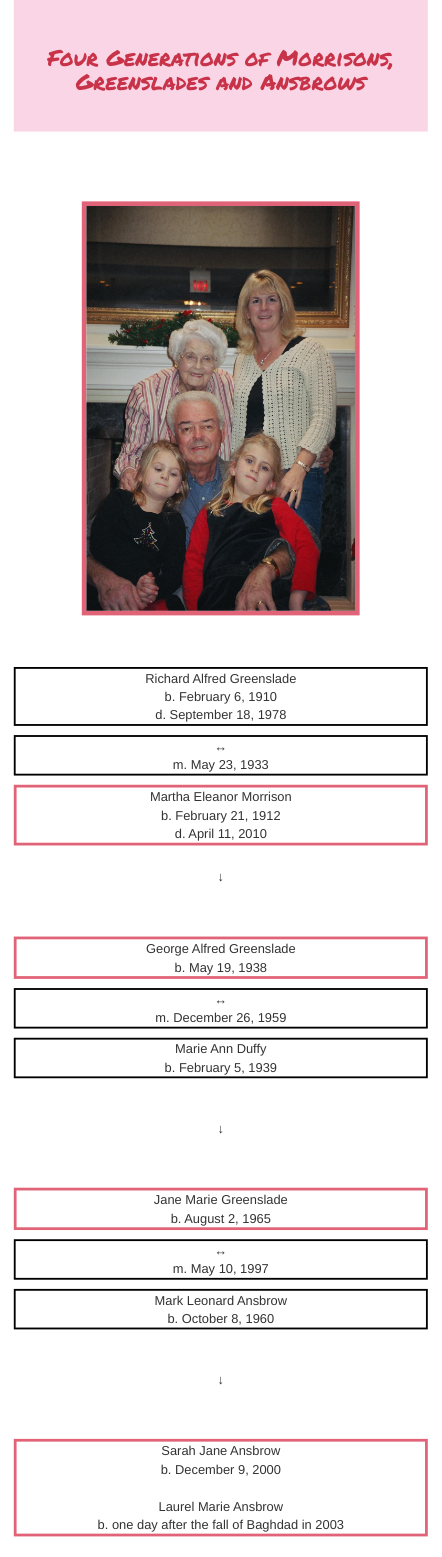
Repository: George2916/Sarah-Jane-and-Laurel-Marie
Page: familytreeM.html
The author's editor kept a record of every edit. The page is drawn from the files as they stood at one moment, then again after the next edit.
The browser window is 480 px wide. The pictures show the whole page, at 92% of full size.

Above is the page before.

After the next edit:
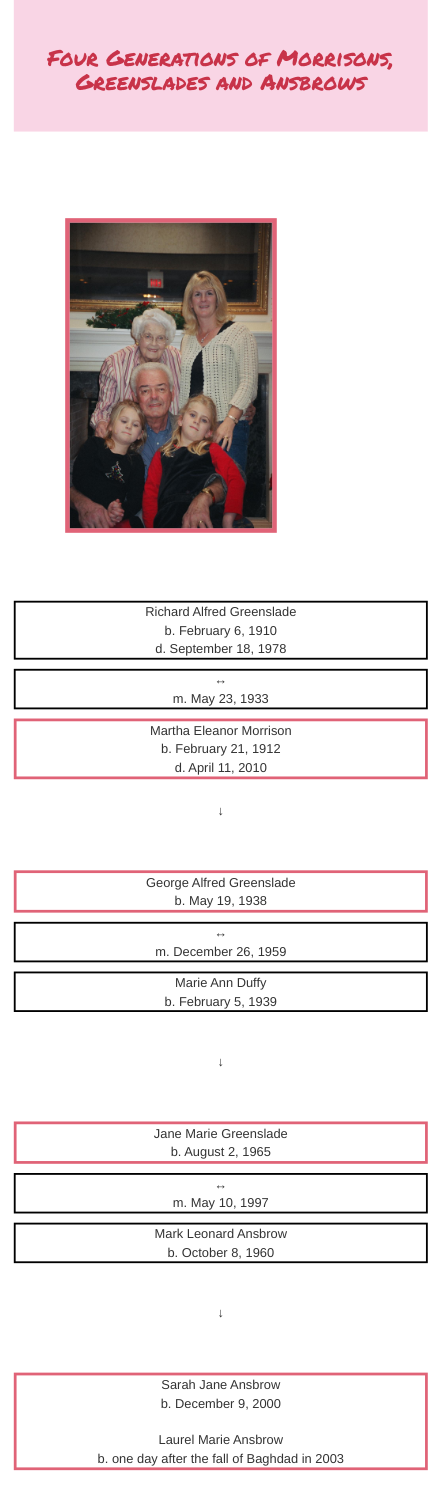
The edit:
--- a/css/mystyle.css
+++ b/css/mystyle.css
@@ -365,6 +365,19 @@
 }
 
 
+@media only screen and (max-width: 575px) {
+  .fourgenerationsM img {
+    height: 230px;
+    width: auto;
+  }
+}
+
+@media only screen and (min-width: 440px) {
+  .wayneKnightPhoto {
+    height: 260px;
+    width: auto;
+  }
+}
 
 /* rotate the fourgenerationsM photo 90 degrees when it is displayed in modal format */
 .fourgenerationsM-modal img {
